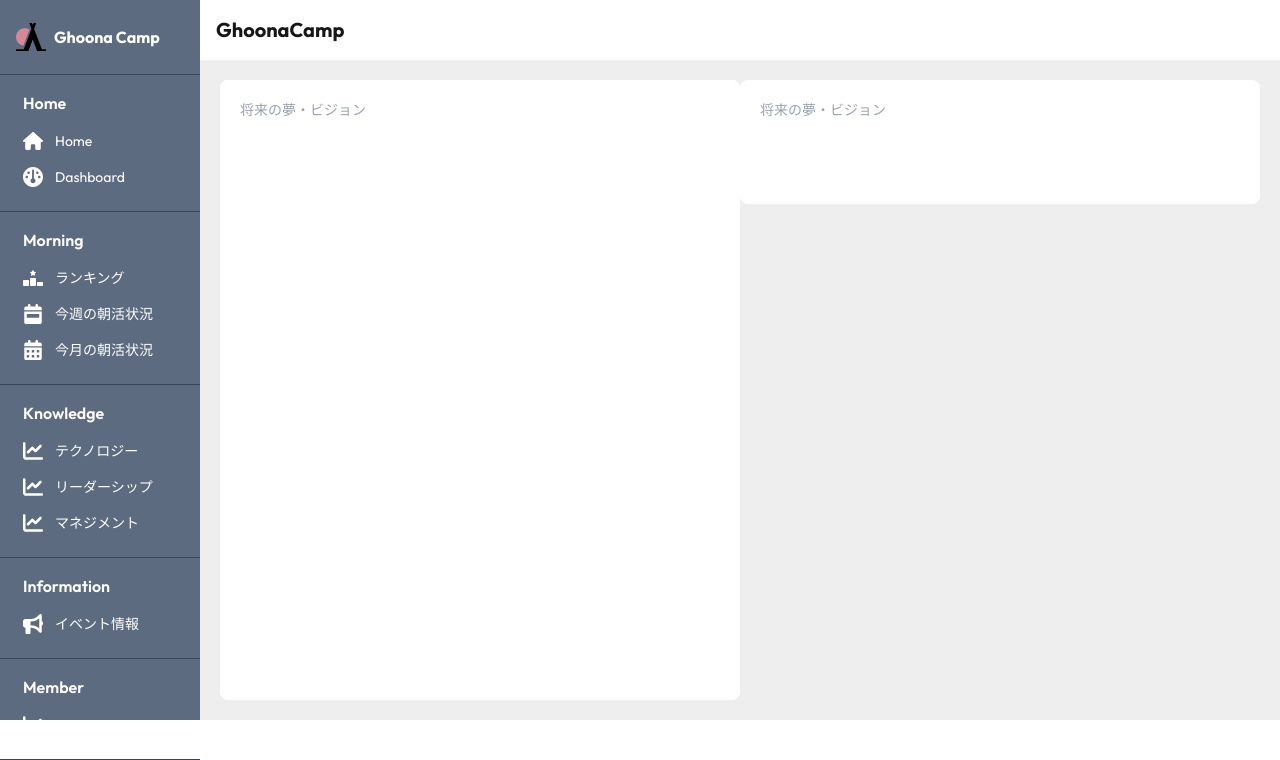
Repository: ShotaGhoona/ghoonacamp_platform
Page: /setting/profile/1
An editor plug-in stored every save of this project. The page is shown before and after the next save, followed by the edit.
The browser window is 1280 px wide. The pictures show the whole page.
The page's requests for data from a server got no answer. The project was rebuilt for these pictures with package versions that can differ from the ones it lists, and the page was loaded fresh each time. Some packages were replaced by stand-ins written for this rebuild. The framework's server and built-in components were replaced by stand-ins that run in the browser. No one was signed in, and anything a server would have sent is missing. Also part of the build but not shown: next.config.js.

Above is the page before, as saved 2025-04-29 10:30:29.

After the next save:
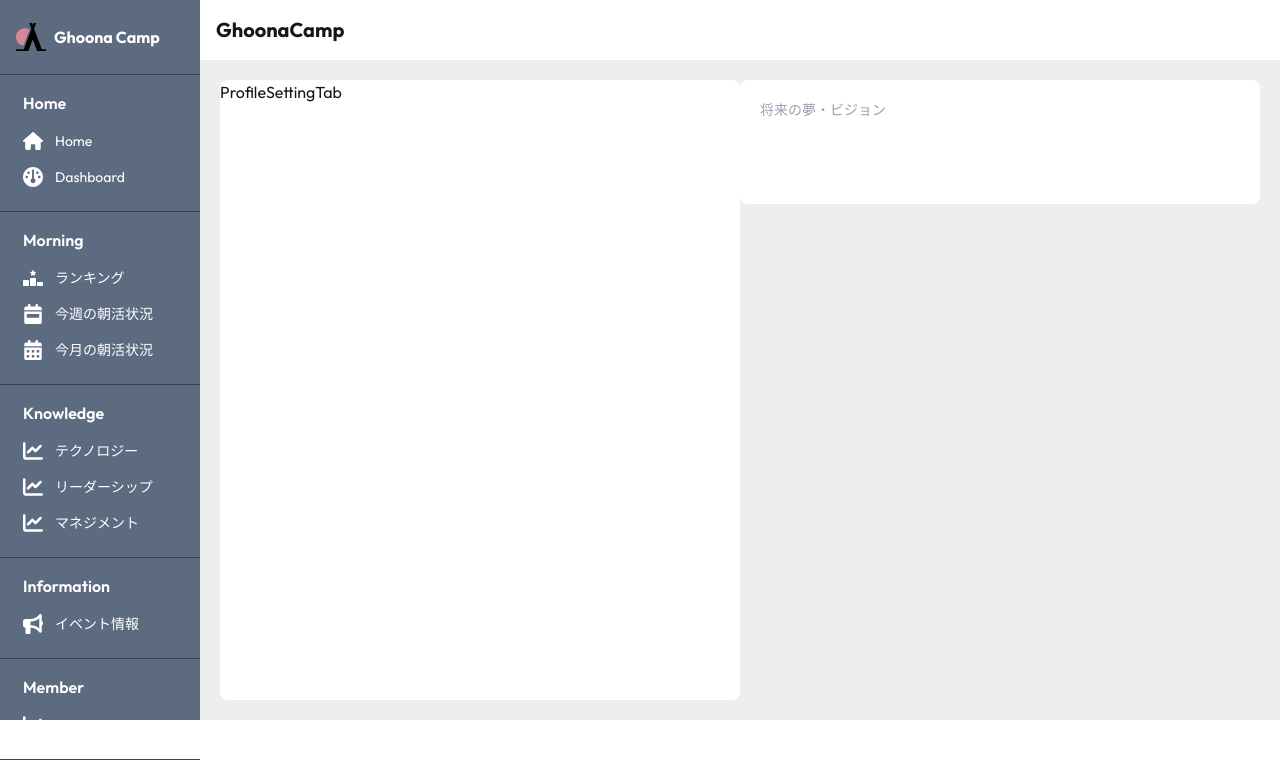
Saved 28 s later.
--- a/src/features/setting/profile/1/display/SettingSection.tsx
+++ b/src/features/setting/profile/1/display/SettingSection.tsx
@@ -1,9 +1,9 @@
+import { ProfileSettingTab } from "@/components/setting/profileSettingTab";
+
 export const SettingSection = () => {
   return (
     <div className="w-full h-full flex flex-col">
-      <div className="w-full h-[20%] bg-white rounded-lg p-5 flex flex-col">
-        <p className="text-sm text-gray-400">将来の夢・ビジョン</p>
-      </div>
+        <ProfileSettingTab />
     </div>
   );
 };
